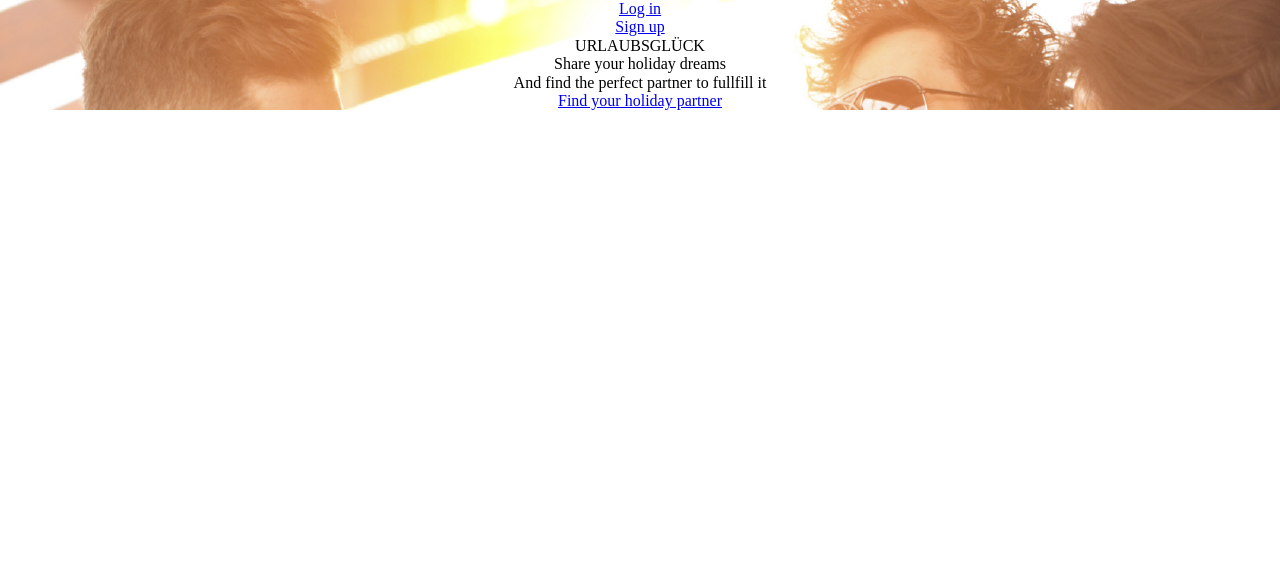
Repository: RobinKite/web_core_hws
Page: html-css/module-08/index.html
An editor plug-in stored every save of this project. The page is shown before and after the next save, followed by the edit.
The browser window is 1280 px wide. The pictures show the whole page.

Above is the page before, as saved 2020-04-30 22:07:15.

### html-css/module-08/index.html
<!DOCTYPE html>
<html lang="en">

<head>
    <meta charset="UTF-8">
    <meta name="viewport" content="width=device-width, initial-scale=1.0">
    <meta http-equiv="X-UA-Compatible" content="ie=edge">
    <title>Module-08</title>
    <link rel="stylesheet" href="css/normalize.css">
    <link rel="stylesheet" href="css/styles.css">

</head>

<body>
    <header>
        <ul>
            <li><a href="#">Log in</a></li>
            <li><a href="#">Sign up</a></li>
        </ul>

        <p>URLAUBSGLÜCK</p>
        <p>Share your holiday dreams</p>
        <p>And find the perfect partner to fullfill it</p>
        <div>
            <a href="#">Find your holiday partner</a>
        </div>
    </header>
</body>

</html>

### html-css/module-08/css/styles.css
* {
    box-sizing: border-box;
    padding: 0;
    margin: 0;
    /* outline: 1px solid red; */
}

*,
*::before,
*::after {
    box-sizing: inherit;
}

img {
    display: block;
    max-width: 100%;
    object-fit: cover;
}


/* HEADER */

header {
    text-align: center;
    background: url(../img/wallpaper.png);
}


/* HIDDEN */

.visually-hidden:not(:focus):not(:active),
input[type="checkbox"].visually-hidden,
input[type="radio"].visually-hidden {
    position: absolute;
    width: 1px;
    height: 1px;
    margin: -1px;
    border: 0;
    padding: 0;
    white-space: nowrap;
    clip-path: inset(100%);
    clip: rect(0 0 0 0);
    overflow: hidden;
}

Loaded but not shown: html-css/module-08/css/normalize.css (library)

After the next save:
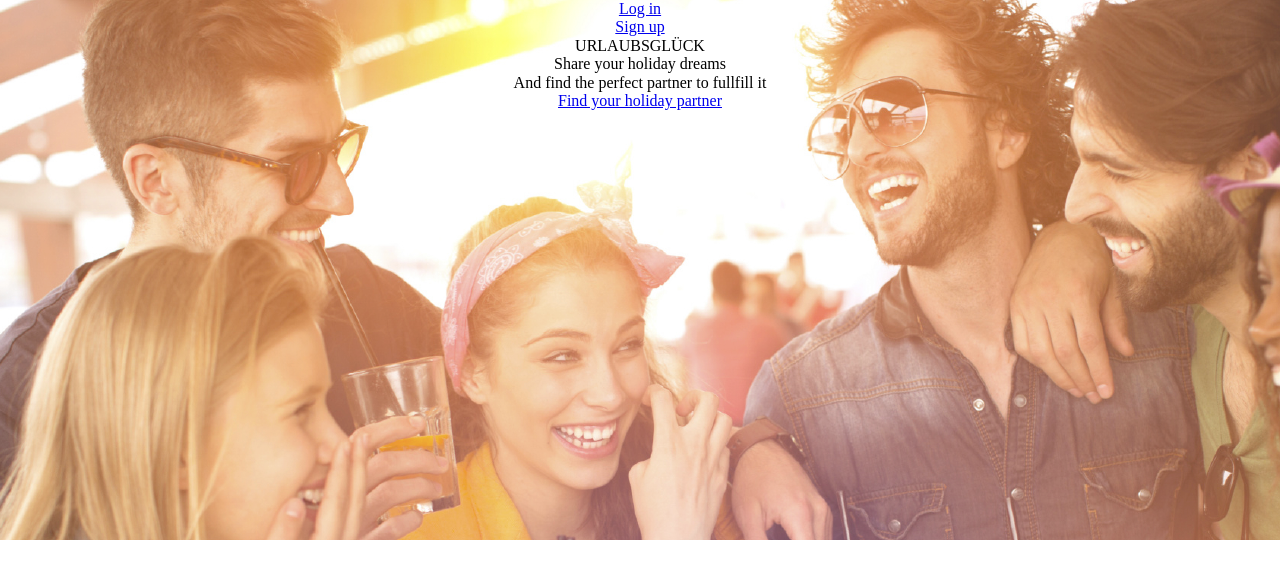
Saved 30 s later.
--- a/html-css/module-08/css/styles.css
+++ b/html-css/module-08/css/styles.css
@@ -21,6 +21,7 @@ img {
 /* HEADER */
 
 header {
+    height: 540px;
     text-align: center;
     background: url(../img/wallpaper.png);
 }
